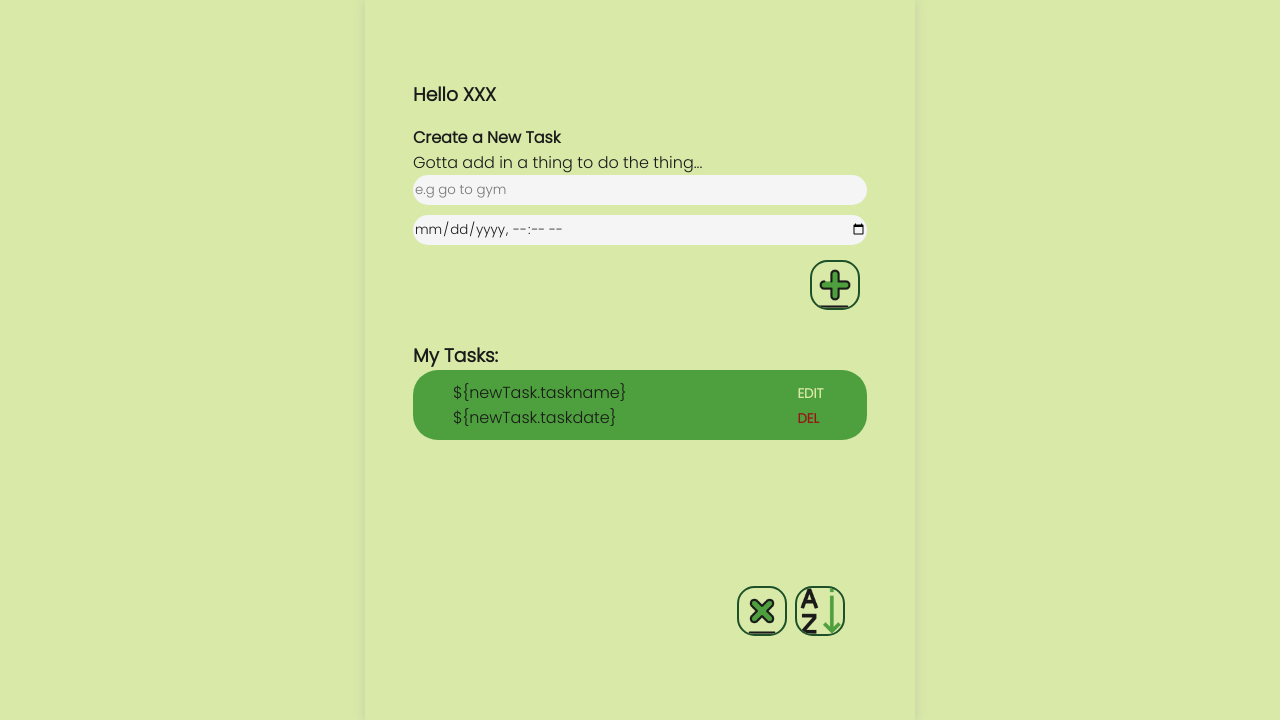
Repository: acidpixie/todo-app-version3
Page: index.html
An editor plug-in stored every save of this project. The page is shown before and after the next save, followed by the edit.
The browser window is 1280 px wide. The pictures show the whole page.

Above is the page before, as saved 2022-06-11 16:24:45.

After the next save:
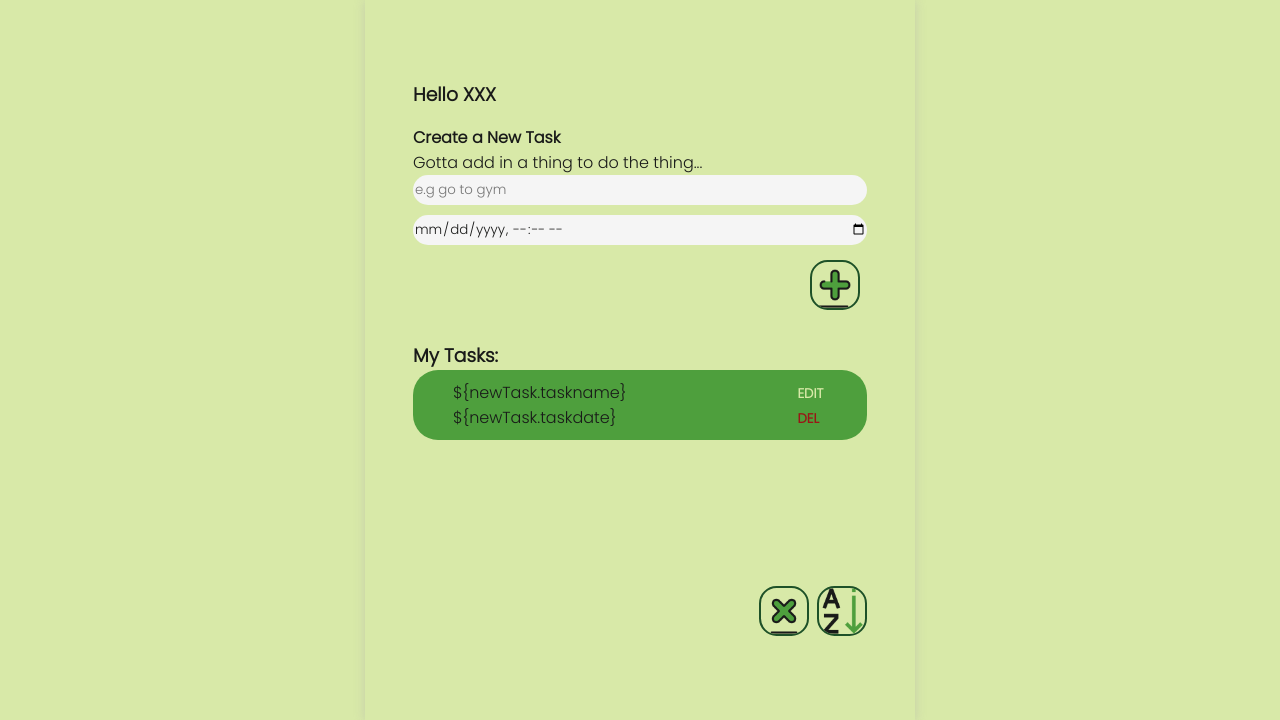
Saved 4 s later.
--- a/css/stylesheet.css
+++ b/css/stylesheet.css
@@ -89,7 +89,7 @@ ul {
     gap: 8px;
     position: absolute;
     bottom: 5%;
-    right: 4%;
+    right: 0%;
 }
 
 .user-button {
